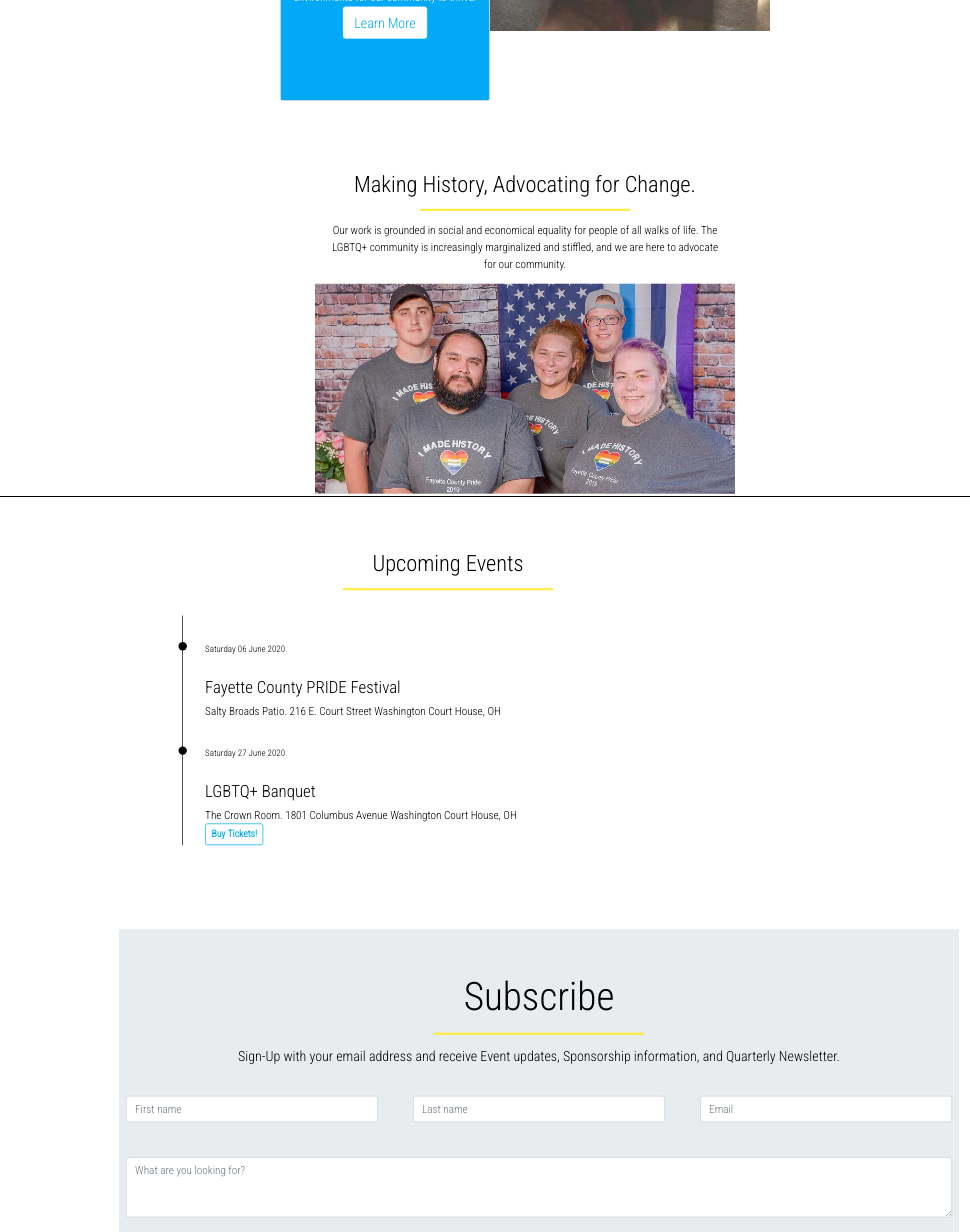
Repository: Code-Institute-Submissions/https-github.com-callendera-Milestone-Project-2
Page: index.html
The author's editor kept a record of every edit. The page is drawn from the files as they stood at one moment, then again after the next edit.
The browser window is 1280 px wide. The page is 1385 px wide, so the pictures cover 1385 px, including what lies to the right of the window. The pictures show the part of the page from y = 2195 to 3955 px (the page is 5150 px tall before and 5200 px after), at 70% of full size.
Backgrounds fixed to the window are drawn as part of the page. Some web libraries are served in a nearby version.

Above is the page before.

After the next edit:
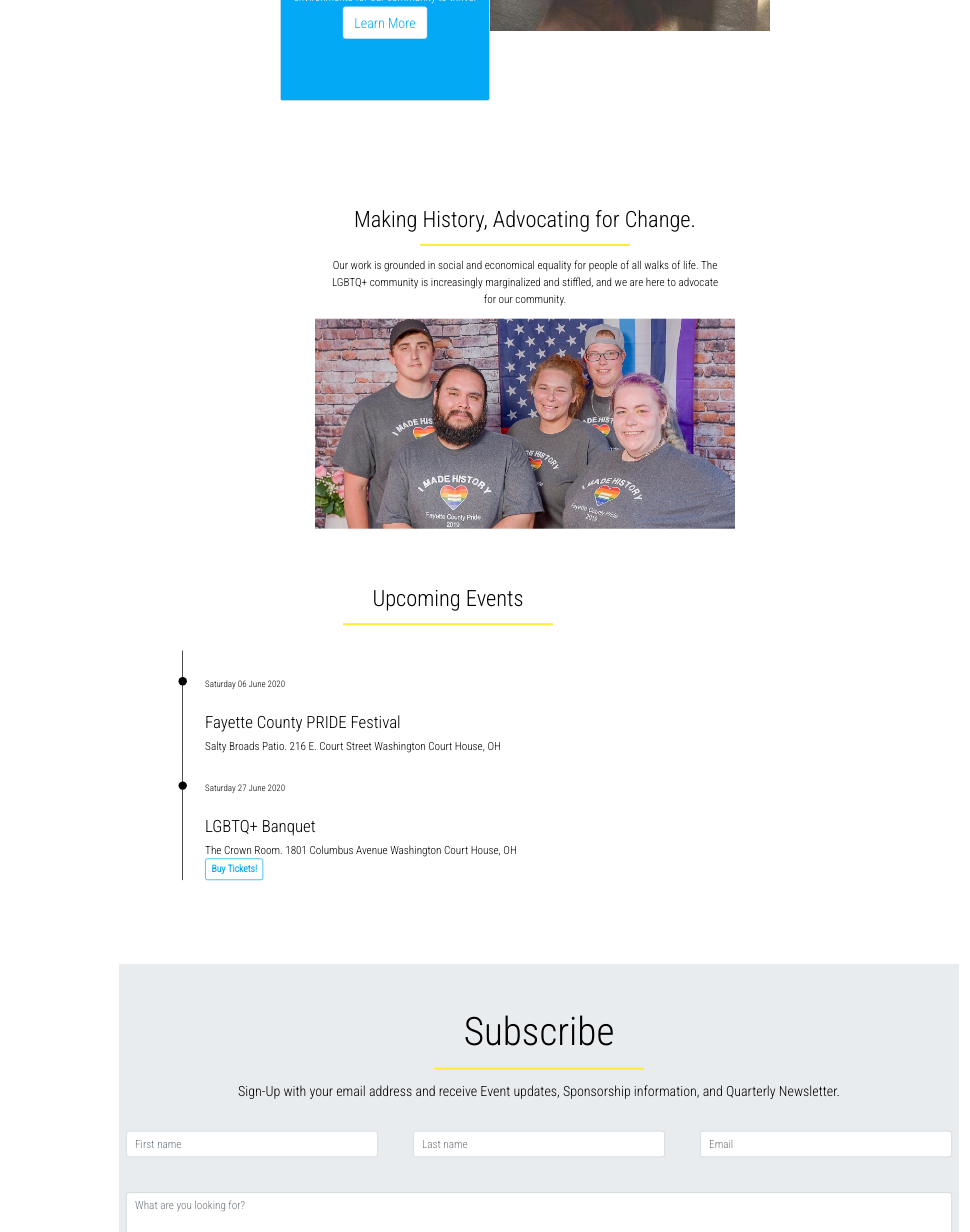
The edit:
--- a/assets/css/style.css
+++ b/assets/css/style.css
@@ -303,7 +303,7 @@
 .history-div {
     width: 600px;
     margin-left: 450px;
-    padding-top: 100px;
+    padding-top: 150px;
 }
 
 .group-image-div {
